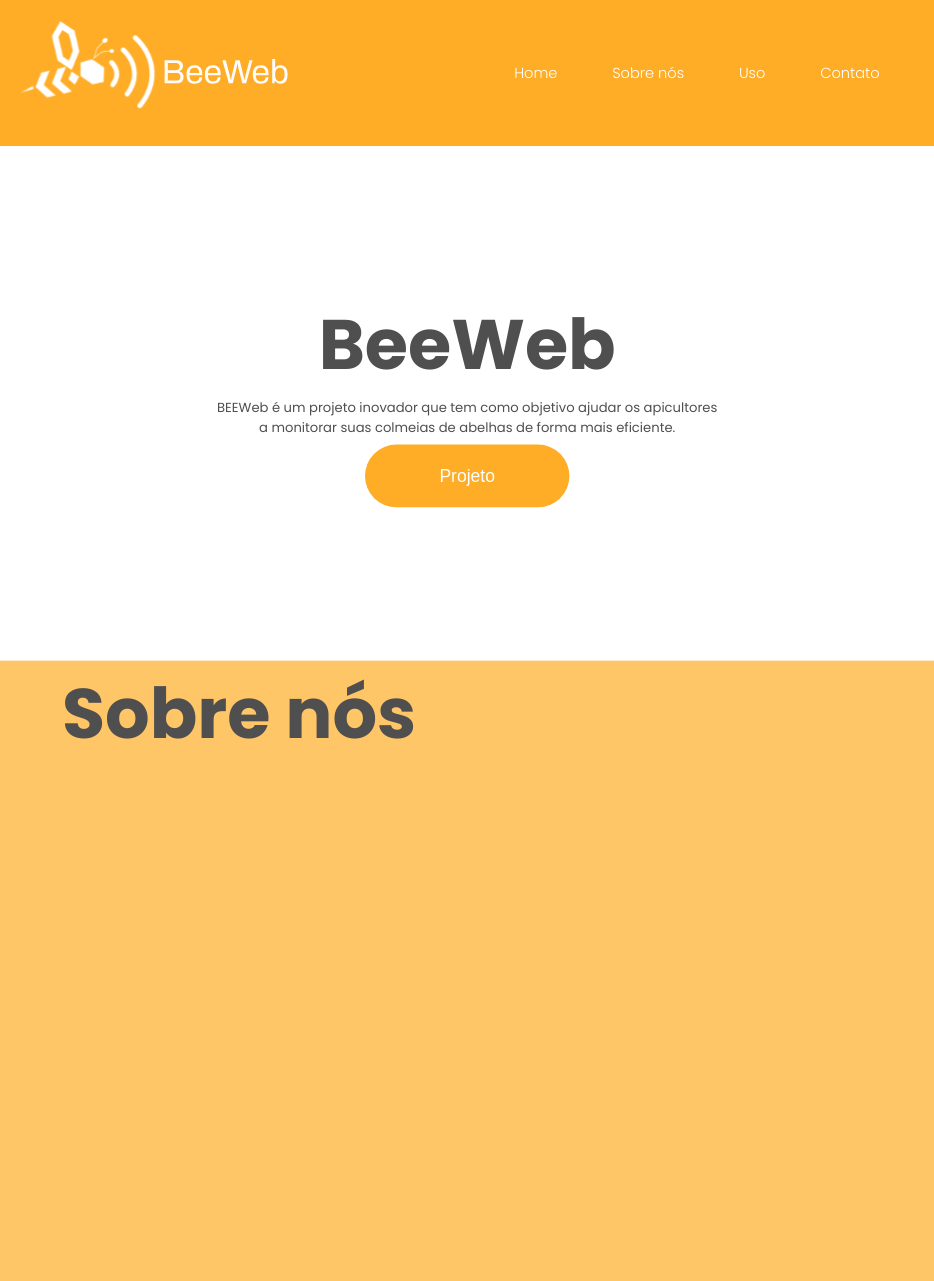
Repository: CCG-web/beeweb
Page: /
These files come from the project's save history. The page is drawn as it stood at one moment and after the next save; the edit follows.
The browser window is 1280 px wide. The pictures show the whole page, at 73% of full size.
The project was rebuilt for these pictures with package versions that can differ from the ones it lists, and the page was loaded fresh each time.

Above is the page before, as saved 2023-04-27 13:27:04.

After the next save:
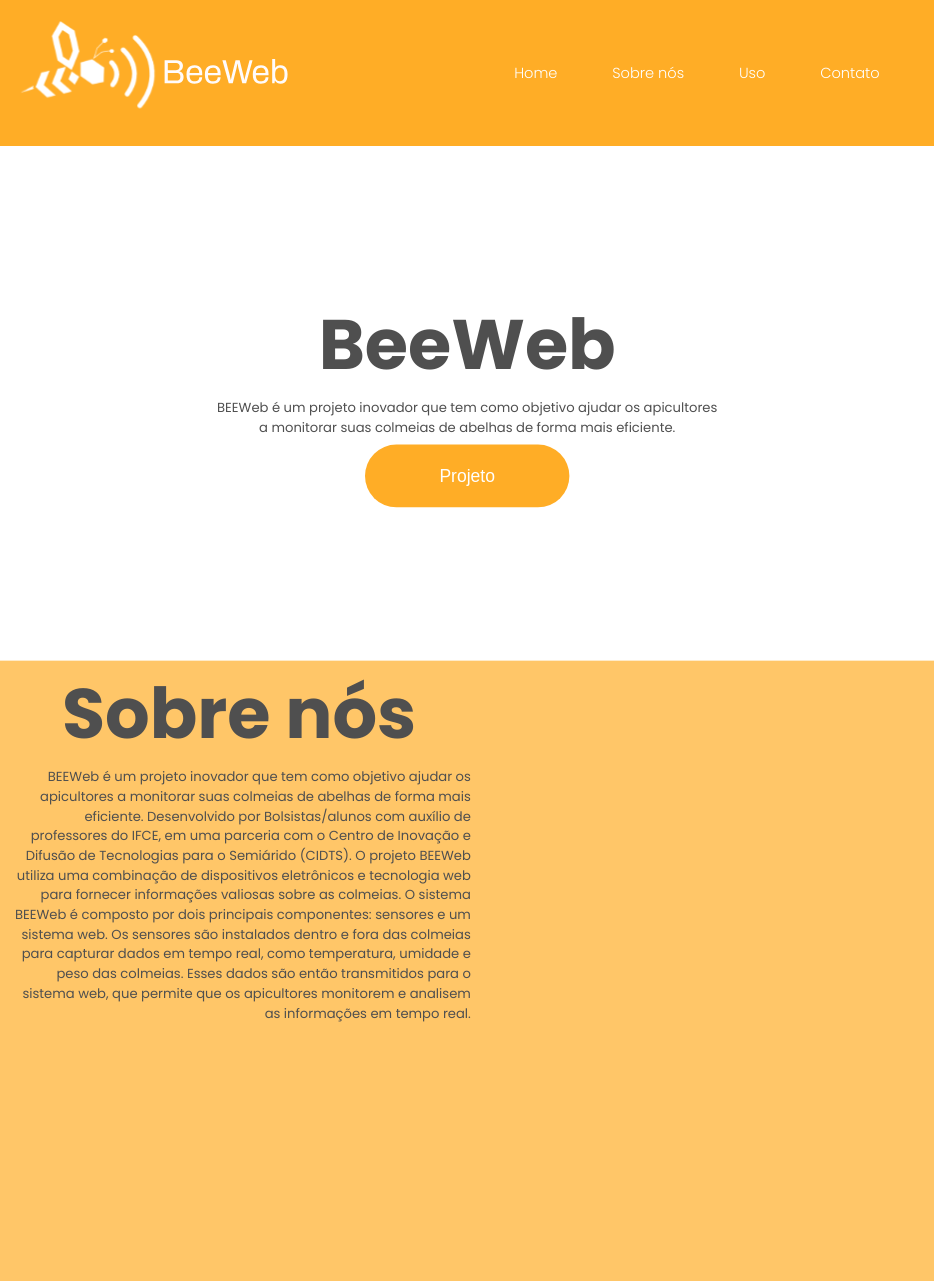
Saved 17 s later.
--- a/src/components/Sobre.jsx
+++ b/src/components/Sobre.jsx
@@ -6,6 +6,10 @@
         <section className='ContainerSobre'>
             <div className='itens'>
                 <h1>Sobre nós</h1>
+                <p>BEEWeb é um projeto inovador que tem como objetivo ajudar os apicultores a monitorar suas colmeias de abelhas de forma mais eficiente. Desenvolvido por Bolsistas/alunos com auxílio de professores do IFCE, em uma parceria com o Centro de Inovação e Difusão de Tecnologias para o Semiárido (CIDTS). O projeto BEEWeb utiliza uma combinação de dispositivos eletrônicos e tecnologia web para fornecer informações valiosas sobre as colmeias.
+
+O sistema BEEWeb é composto por dois principais componentes: sensores e um sistema web. Os sensores são instalados dentro e fora das colmeias para capturar dados em tempo real, como temperatura, umidade e peso das colmeias. Esses dados são então transmitidos para o sistema web, que permite que os apicultores monitorem e analisem as informações em tempo real.
+</p>
                 </div>
             <div className='itens'>
             <h1></h1>
